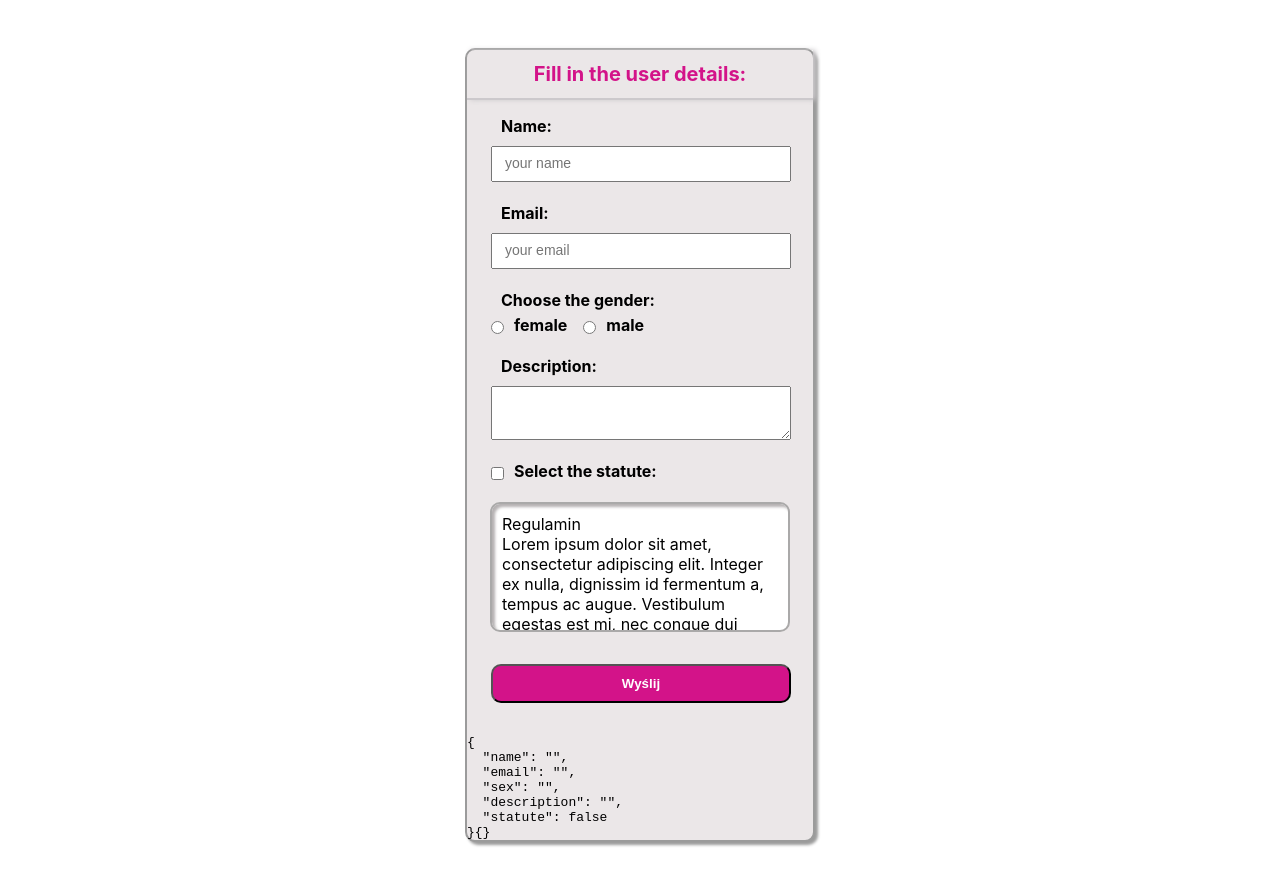
Repository: KrzysKolo/sr_tydzien4_zad3
Page: /
An editor plug-in stored every save of this project. The page is shown before and after the next save, followed by the edit.
The browser window is 1280 px wide. The pictures show the whole page.
The project was rebuilt for these pictures with package versions that can differ from the ones it lists, and the page was loaded fresh each time. Also part of the build but not shown: src/components/FormComponents/TextError.js.

Above is the page before, as saved 2020-11-20 10:13:38.

After the next save:
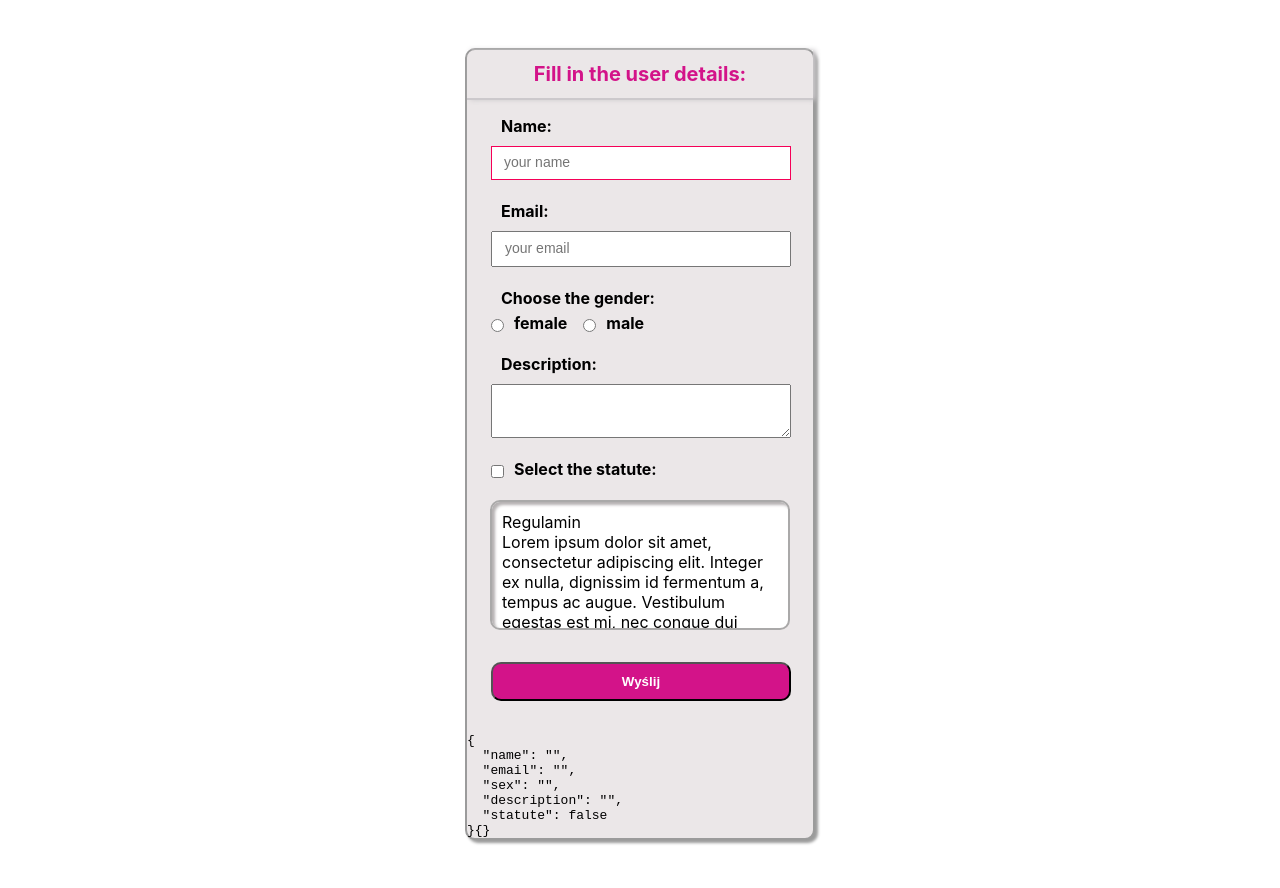
Saved 12 s later.
--- a/src/components/Formik/FormikContainer.js
+++ b/src/components/Formik/FormikContainer.js
@@ -34,7 +34,7 @@ const FormikContainer = () => {
             { ({formik, values, errors}) => (
                 <Form className="form-wrapper">
 
-                    <FormikControl control='input' type='text' label='Name:' name='name' placeholder="your name"/>
+                    <FormikControl className={errors ? "has-error" : "" } control='input' type='text' label='Name:' name='name' placeholder="your name"/>
                     <FormikControl control='input' type='email' label='Email:' name='email' placeholder="your email"/>
                     <FormikControl control='radio' label='Choose the gender: ' name='sex' options={RadioOptions}/>
                     <FormikControl control='textarea' label='Description:' name='description'/>

After the save that followed:
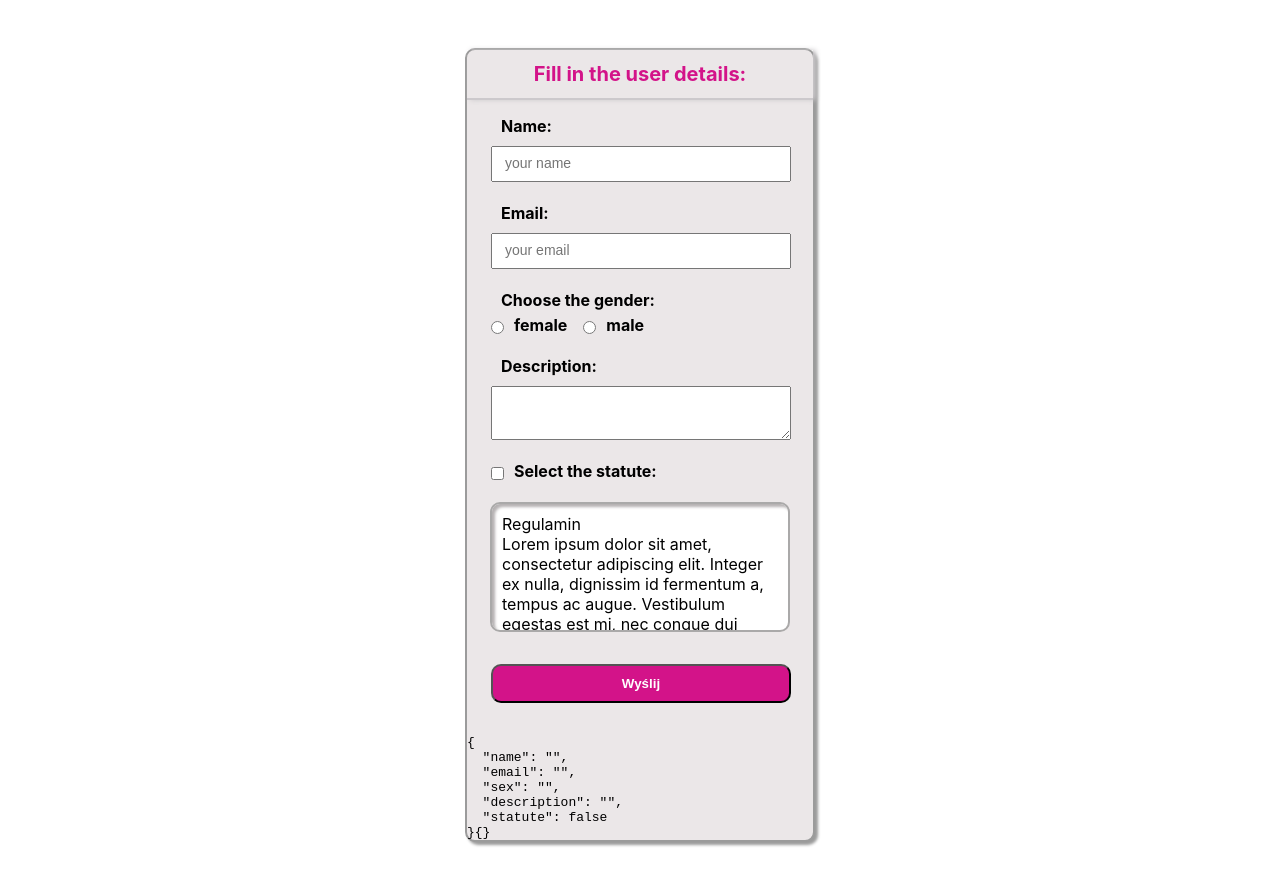
Saved 58 s later.
--- a/src/components/Formik/FormikContainer.js
+++ b/src/components/Formik/FormikContainer.js
@@ -34,7 +34,7 @@ const FormikContainer = () => {
             { ({formik, values, errors}) => (
                 <Form className="form-wrapper">
 
-                    <FormikControl className={errors ? "has-error" : "" } control='input' type='text' label='Name:' name='name' placeholder="your name"/>
+                    <FormikControl className={errors ? "" : "has-error" } control='input' type='text' label='Name:' name='name' placeholder="your name"/>
                     <FormikControl control='input' type='email' label='Email:' name='email' placeholder="your email"/>
                     <FormikControl control='radio' label='Choose the gender: ' name='sex' options={RadioOptions}/>
                     <FormikControl control='textarea' label='Description:' name='description'/>
